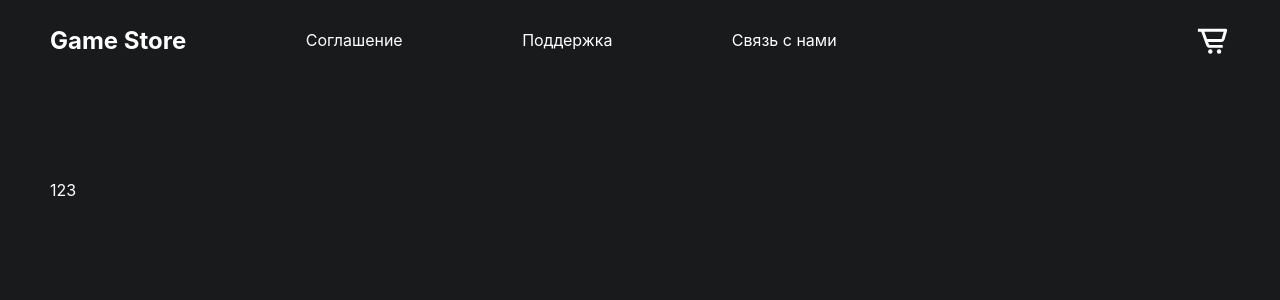
Repository: Minkeani/GameStore
Page: /agreement
The author's editor kept a copy of each file at every save. The page is drawn from the files as they stood at one save, then again after the next save.
The browser window is 1280 px wide. The pictures show the whole page.
The project was rebuilt for these pictures with package versions that can differ from the ones it lists, and the page was loaded fresh each time. Also part of the build but not shown: src/components/ItemsInCart/ItemsInCart.css, src/components/ItemsInCart/ItemsInCart.jsx, src/components/CartMenu/CartMenu.css, src/components/Btn/Btn.css, src/components/Btn/Btn.jsx, src/components/CartItem/CartItem.css, src/components/CartItem/CartItem.jsx, src/components/utils/utils.js and 19 more.

Above is the page before, as saved 2022-09-11 10:32:10.

### src/index.js
import React from 'react';
import ReactDOM from 'react-dom/client';
import './index.css';
import App from './App';
import reportWebVitals from './reportWebVitals';

const root = ReactDOM.createRoot(document.getElementById('root'));
root.render(
    <App />
);

### src/index.css
body {
  margin: 0;
  font-family: -apple-system, BlinkMacSystemFont, 'Segoe UI', 'Roboto', 'Oxygen',
    'Ubuntu', 'Cantarell', 'Fira Sans', 'Droid Sans', 'Helvetica Neue',
    sans-serif;
  -webkit-font-smoothing: antialiased;
  -moz-osx-font-smoothing: grayscale;
    background-color: rgb(25, 26, 28);
}

code {
  font-family: source-code-pro, Menlo, Monaco, Consolas, 'Courier New',
    monospace;
}

.App {
  max-width: 1180px;;
  margin: 0 auto;
  padding: 0 40px;
  color: white;
}

a {
  color: white;
  text-decoration: none;
}

.secondary-text {
  color: rgb(80, 82, 84);
}

### src/App.js
import { BrowserRouter, Routes, Route } from "react-router-dom";
import Header from "./components/Header/Header";
import { Provider } from "react-redux";
import GamePage from "./components/GamePage/GamePage";
import OrderPage from "./components/OrderPage/OrderPage";
import HomePage from "./pages/HomePage/HomePage";
import {store} from './redux'
import Agreement from "./components/Agreement/Agreement";


function App() {
  return (
    <Provider store={store}>
    <BrowserRouter>
      <div className="App">
        <Header />
        <Routes>
          <Route path="/" element={<HomePage />} />
          <Route path="/app/:title" element={<GamePage />} />
          <Route path="/order" element={<OrderPage />} />
          <Route path="/agreement" element={<Agreement />} />
        </Routes>
      </div>
    </BrowserRouter>
    </Provider>
  );
}

export default App;

### src/components/Header/Header.js
import React from 'react'
import { Link } from 'react-router-dom'
import CartBlock from '../CartBlock/CartBlock'
import './Header.css'

export default function Header() {
  return (
    <div className="header">
      <div className="wrapper">
            <Link to='/' className='header__store-title'>Game Store</Link>
            <Link to='/Agreement'>Соглашение</Link>
            <Link to='/'>Поддержка</Link>
            <a to='/'>Связь с нами</a>

      </div>
      <div className="wrapper header__cart-btn-wrapper">
        <CartBlock/>
      </div>
    </div>
  )
}

### src/redux/index.js
import { configureStore } from '@reduxjs/toolkit';
import gamesReducer from './games/gamesReducer';
import reducerCart from './cart/reducerCart';

export const store = configureStore({
    reducer: {
        games: gamesReducer,
        cart: reducerCart
    }
  })

### src/components/Agreement/Agreement.jsx
import React from 'react';
import Title from '../Ui/Title/Title';
import BigTitle from '../Ui/BigTitle/BigTitle';
import './Agreement.css'

const Agreement = () => {
    return (
        <div>
            <BigTitle>Пользовательское соглашение</BigTitle>
            <Title>123</Title>
        </div>
    );
}

export default Agreement;

### src/components/CartBlock/CartBlock.jsx
import React, { useState, useCallback } from "react";
import "./CartBlock.css";
import { useSelector } from "react-redux";
import { BiCartAlt } from "react-icons/bi";
import ItemsInCart from "../ItemsInCart/ItemsInCart";
import CartMenu from "../CartMenu/CartMenu";
import { useNavigate } from "react-router-dom";

export default function CartBlock() {
  const items = useSelector((state) => state.cart.itemsInCart);
  const totalPrice = items.reduce((acc, game) => (acc += game.price), 0);
  const [isCartMenuVisible, setCartMenuVisible] = useState(false)

  const navigate = useNavigate()

  const handleClick = useCallback(() => {
    setCartMenuVisible(false)
    navigate('/order')
  }, [navigate])

  return (
    <div className="cart-block">
      <ItemsInCart quantity={items.length}/>
      <BiCartAlt size={35} className="cart-icon" onClick={() => setCartMenuVisible(!isCartMenuVisible)} />
      {totalPrice > 0 ? (
        <span className="total-price">{totalPrice} руб</span>
      ) : null}

     {isCartMenuVisible ? <CartMenu items={items} onClick={handleClick} /> : ''}
    </div>
  );
}

### src/components/Header/Header.css
.header {
    height: 80px;
    display: flex;
    align-items: center;
    justify-content: space-between;
    margin-bottom: 30px;
}

.wrapper {
    display: flex;
    flex-grow: 1;
    align-items: center;
    justify-content: space-between;

}

.wrapper a{

}

.header__store-title {
    color: white;
    text-decoration: none;
    font-size: 24px;
    font-weight: bold;
}

.header__cart-btn-wrapper {
    justify-content: flex-end;
}

### src/redux/games/gamesReducer.js
import { createSlice } from '@reduxjs/toolkit'

const gamesSlice = createSlice({
  name: 'games',
  initialState: {
    currentGame: null
  },
  reducers: {
    setCurrentGame: (state, action) => {
      state.currentGame = action.payload
    },
  }
});

export const { setCurrentGame } = gamesSlice.actions;
export default gamesSlice.reducer;

### src/redux/cart/reducerCart.js
import { createSlice } from "@reduxjs/toolkit";

const cartSlice = createSlice({
    name: 'cart',
    initialState: {
        itemsInCart: []
    },
    reducers: {
        setItemInCart: (state, action) => {
            state.itemsInCart.push(action.payload)
    },
        deleteItemFromCart: (state, action) => {
        state.itemsInCart = state.itemsInCart.filter(game => game.id !== action.payload)
    }
}
});

export const {setItemInCart, deleteItemFromCart} = cartSlice.actions;
export default cartSlice.reducer;

### src/components/Ui/Title/Title.jsx
import React from 'react';
import './Title.css'

const Title = ({children}) => {
    return (
        <div>
            {children}
        </div>
    );
}

export default Title;

### src/components/Ui/BigTitle/BigTitle.jsx
import React from 'react';
import './BigTitle.css'

const BigTitle = () => {
    return (
        <h2 className='BigTitle'>

        </h2>
    );
}

export default BigTitle;

### src/components/CartBlock/CartBlock.css
.cart-block {
    display: flex;
    align-items: center;
    position: relative;
}

.total-price {
    margin-left: 15px;
    font-size: 18px;
    font-weight: bold;
}

.cart-icon {
    cursor: pointer;
    position: relative;
}

### src/components/Ui/BigTitle/BigTitle.css
.BigTitle {
    font-size: 36px;
    font-weight: 400;
    color: #fff;
    padding: 20px 0;
}

Loaded but not shown: public/index.html (common file); src/reportWebVitals.js (common file)

After the next save:
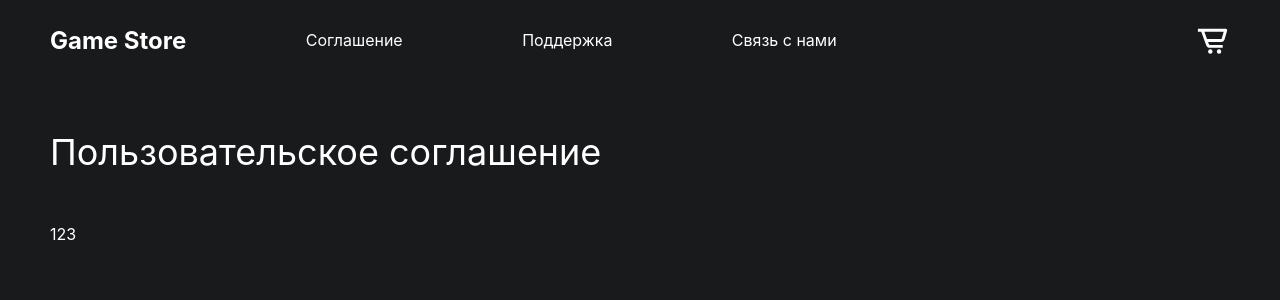
Saved 19 s later.
--- a/src/components/Ui/BigTitle/BigTitle.jsx
+++ b/src/components/Ui/BigTitle/BigTitle.jsx
@@ -1,10 +1,10 @@
 import React from 'react';
 import './BigTitle.css'
 
-const BigTitle = () => {
+const BigTitle = ({children}) => {
     return (
         <h2 className='BigTitle'>
-
+            {children}
         </h2>
     );
 }
